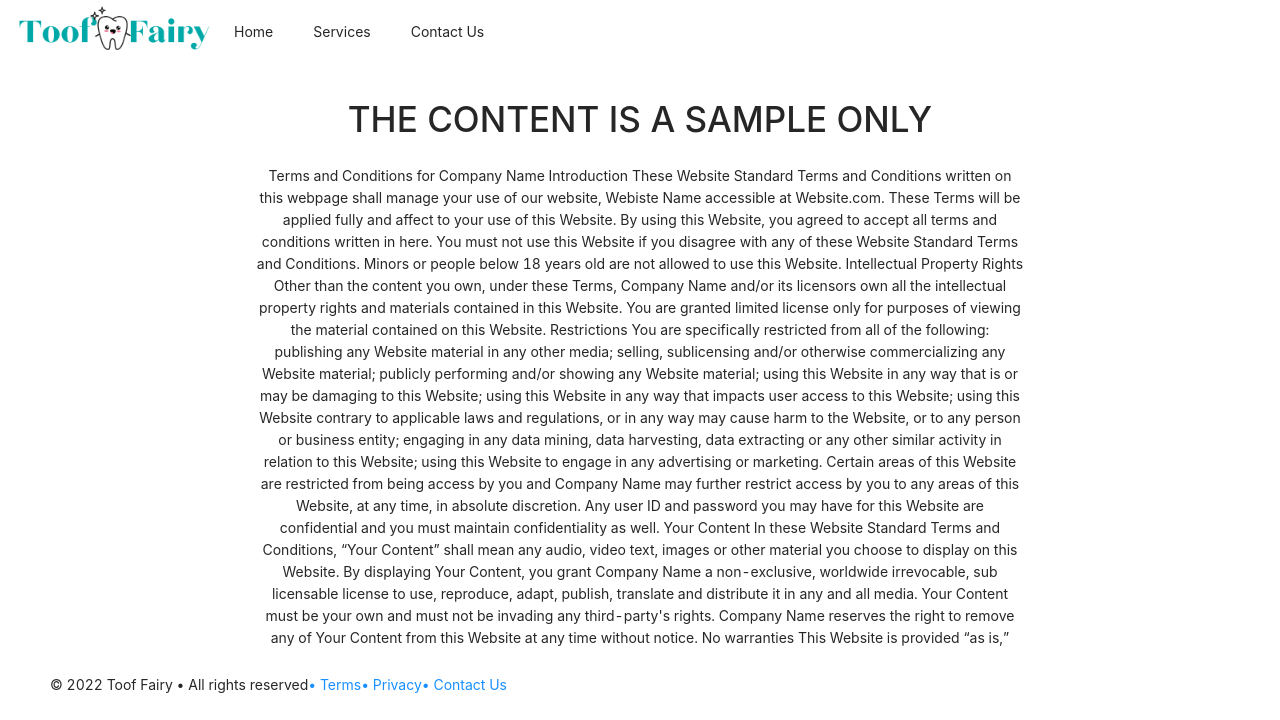
Repository: neldad1/dentist-app
Page: /terms
The author's editor kept a copy of each file at every save. The page is drawn from the files as they stood at one save, then again after the next save.
The browser window is 1280 px wide. The pictures show the whole page.
An inner scrolling area shows only its first screen. The project was rebuilt for these pictures with package versions that can differ from the ones it lists, and the page was loaded fresh each time. Also part of the build but not shown: src/components/Home.jsx, src/components/Contact.jsx, src/components/Services/ToofImg.jsx, src/components/Services/Cosmetic.jsx, src/components/Services/Restorative.jsx, src/components/Services/Preventative.jsx, src/components/Footer/Privacy.jsx.

Above is the page before, as saved 2022-03-10 14:17:18.

### public/index.html
<!DOCTYPE html>
<html lang="en">
  <head>
    <meta charset="utf-8" />
    <link rel="icon" href="%PUBLIC_URL%/favicon.svg" type="image/svg+xml">
    <meta name="viewport" content="width=device-width, initial-scale=1" />
    <meta name="theme-color" content="#000000" />
    <meta
      name="description"
      content="Web site created using create-react-app"
    />
    <link rel="apple-touch-icon" href="%PUBLIC_URL%/logo192.png" />
    <!--
      manifest.json provides metadata used when your web app is installed on a
      user's mobile device or desktop. See https://developers.google.com/web/fundamentals/web-app-manifest/
    -->
    <link rel="manifest" href="%PUBLIC_URL%/manifest.json" />
    <!--
      Notice the use of %PUBLIC_URL% in the tags above.
      It will be replaced with the URL of the `public` folder during the build.
      Only files inside the `public` folder can be referenced from the HTML.

      Unlike "/favicon.ico" or "favicon.ico", "%PUBLIC_URL%/favicon.ico" will
      work correctly both with client-side routing and a non-root public URL.
      Learn how to configure a non-root public URL by running `npm run build`.
    -->
    <title>React App</title>
  </head>
  <body>
    <noscript>You need to enable JavaScript to run this app.</noscript>
    <div id="root"></div>
    <!--
      This HTML file is a template.
      If you open it directly in the browser, you will see an empty page.

      You can add webfonts, meta tags, or analytics to this file.
      The build step will place the bundled scripts into the <body> tag.

      To begin the development, run `npm start` or `yarn start`.
      To create a production bundle, use `npm run build` or `yarn build`.
    -->
  </body>
</html>

### src/index.js
import React from 'react';
import ReactDOM from 'react-dom';
import './index.css';
import App from './App';
import reportWebVitals from './reportWebVitals';

ReactDOM.render(
  //<React.StrictMode>
  <App />,
  //</React.StrictMode>,
  document.getElementById('root')
);

// If you want to start measuring performance in your app, pass a function
// to log results (for example: reportWebVitals(console.log))
// or send to an analytics endpoint. Learn more: https://bit.ly/CRA-vitals
reportWebVitals();

### src/App.js
import { BrowserRouter } from 'react-router-dom';

import 'antd/dist/antd.min.css';
import './App.css';
import AppRoutes from './AppRoutes';
import { Layout } from 'antd';
import HeaderLogo from './components/Header/HeaderLogo';
import Navigation from './components/Header/Navigation';
import { Link } from 'react-router-dom';
const { Header, Footer, Content } = Layout;

function App() {
  return (
    <BrowserRouter>
      <Layout className="layout">
        <Header className="header">
          <HeaderLogo />
          <Navigation />
        </Header>
        <Content>
          <AppRoutes />
        </Content>
        <Footer className="footer">
          <span>© 2022 Toof Fairy • All rights reserved </span>
          <Link to="/terms">• Terms </Link>
          <Link to="/privacy">• Privacy </Link>
          <Link to="/contact">• Contact Us </Link>
        </Footer>
      </Layout>
    </BrowserRouter>
  );
}

export default App;

### src/App.css

h1 {
  font-size: 2.5em;
}

.layout {
  height: 100vh;
  width: 100vw;
  text-align: center;
  background: #fff;
}

.header {
  background: #fff;
  padding: 0 1em;
}

.menu {
  background: #fff;
  border: none;
  outline: none;
}

.logo {
  width: 200px;
  height: 50px;
  float: left;
  margin-top: 4px;
}

.footer {
  background: #fff;
  display: flex;
}

.intro-wrapper {
  text-align: center;
}

.home {
  width: 100%;
  height: 100%;
  margin: 2em 0;
  display: flex;
  justify-content: center;
  align-items: center;
  background-image: url('/public/tfBackground.jpg');
  background-size: cover;
  background-repeat: no-repeat;
}

.content-wrapper {
  width: 50%;
  font-family: 'Segoe UI', sans-serif;
  margin-left: 10em;
  color: whitesmoke;
  display: block;
}
.tagline1 {
  font-weight: bolder;
  font-size: 2em;
  margin: 0;
  line-height: 1;
}

.contact-form {
  text-align: left;
}

.main-content {
  height: 100%;
  width: 60%;
  overflow-y: scroll;
  display: block;
  margin: 2em auto;
}

.service-info {
  display: flex;
  text-align: left;
  margin-bottom: 1em;
  align-items: center;
}

.service-definition {
  margin-left: 1.5em;
}

@media screen and (max-width: 768px) {
  .main-content {
    width: 100%;
    margin: 0.5em;
  }
}

### src/AppRoutes.jsx
import { Route, Routes } from 'react-router-dom';
import Home from './components/Home';
import Contact from './components/Contact';
import Cosmetic from './components/Services/Cosmetic';
import Restorative from './components/Services/Restorative';
import Preventative from './components/Services/Preventative';
import Terms from './components/Footer/Terms';
import Privacy from './components/Footer/Privacy';

const AppRoutes = () => {
  return (
    <Routes>
      <Route exact path="/" element={<Home />} />
      <Route path="/cosmetic" element={<Cosmetic />} />
      <Route path="/restorative" element={<Restorative />} />
      <Route path="/preventative" element={<Preventative />} />
      <Route path="/contact" element={<Contact />} />
      <Route path="/terms" element={<Terms />} />
      <Route path="/privacy" element={<Privacy />} />
    </Routes>
  );
};

export default AppRoutes;

### src/components/Header/HeaderLogo.jsx
import { Link } from 'react-router-dom';

const HeaderLogo = () => {
  return (
    <Link to="/">
      <img className="logo" src={require('./tfLogo.png')} alt="TF" />
    </Link>
  );
};

export default HeaderLogo;

### src/components/Header/Navigation.jsx
import { Link } from 'react-router-dom';
import { Menu } from 'antd';
const { SubMenu } = Menu;

const Navigation = () => {
  return (
    <Menu mode="horizontal" className="menu">
      <Menu.Item key="home">
        <span>Home</span>
        <Link to="/" />
      </Menu.Item>
      <SubMenu key="subMenu" title="Services">
        <Menu.Item key="cosmetic">
          <span>Cosmetic</span>
          <Link to="/cosmetic" />
        </Menu.Item>
        <Menu.Item key="restore">
          <span>Restorative</span>
          <Link to="/restorative" />
        </Menu.Item>
        <Menu.Item key="prevent">
          <span>Preventative</span>
          <Link to="/preventative" />
        </Menu.Item>
      </SubMenu>
      <Menu.Item key="contact">
        <span>Contact Us</span>
        <Link to="/contact" />
      </Menu.Item>
    </Menu>
  );
};

export default Navigation;

### src/components/Footer/Terms.jsx
const Terms = () => {
  return (
    <div className="main-content">
      <h1>THE CONTENT IS A SAMPLE ONLY</h1>
      <span>
        Terms and Conditions for Company Name Introduction These Website
        Standard Terms and Conditions written on this webpage shall manage your
        use of our website, Webiste Name accessible at Website.com. These Terms
        will be applied fully and affect to your use of this Website. By using
        this Website, you agreed to accept all terms and conditions written in
        here. You must not use this Website if you disagree with any of these
        Website Standard Terms and Conditions. Minors or people below 18 years
        old are not allowed to use this Website. Intellectual Property Rights
        Other than the content you own, under these Terms, Company Name and/or
        its licensors own all the intellectual property rights and materials
        contained in this Website. You are granted limited license only for
        purposes of viewing the material contained on this Website. Restrictions
        You are specifically restricted from all of the following: publishing
        any Website material in any other media; selling, sublicensing and/or
        otherwise commercializing any Website material; publicly performing
        and/or showing any Website material; using this Website in any way that
        is or may be damaging to this Website; using this Website in any way
        that impacts user access to this Website; using this Website contrary to
        applicable laws and regulations, or in any way may cause harm to the
        Website, or to any person or business entity; engaging in any data
        mining, data harvesting, data extracting or any other similar activity
        in relation to this Website; using this Website to engage in any
        advertising or marketing. Certain areas of this Website are restricted
        from being access by you and Company Name may further restrict access by
        you to any areas of this Website, at any time, in absolute discretion.
        Any user ID and password you may have for this Website are confidential
        and you must maintain confidentiality as well. Your Content In these
        Website Standard Terms and Conditions, “Your Content” shall mean any
        audio, video text, images or other material you choose to display on
        this Website. By displaying Your Content, you grant Company Name a
        non-exclusive, worldwide irrevocable, sub licensable license to use,
        reproduce, adapt, publish, translate and distribute it in any and all
        media. Your Content must be your own and must not be invading any
        third-party's rights. Company Name reserves the right to remove any of
        Your Content from this Website at any time without notice. No warranties
        This Website is provided “as is,” with all faults, and Company Name
        express no representations or warranties, of any kind related to this
        Website or the materials contained on this Website. Also, nothing
        contained on this Website shall be interpreted as advising you.
        Limitation of liability In no event shall Company Name, nor any of its
        officers, directors and employees, shall be held liable for anything
        arising out of or in any way connected with your use of this Website
        whether such liability is under contract. Company Name, including its
        officers, directors and employees shall not be held liable for any
        indirect, consequential or special liability arising out of or in any
        way related to your use of this Website. Indemnification You hereby
        indemnify to the fullest extent Company Name from and against any and/or
        all liabilities, costs, demands, causes of action, damages and expenses
        arising in any way related to your breach of any of the provisions of
        these Terms. Severability If any provision of these Terms is found to be
        invalid under any applicable law, such provisions shall be deleted
        without affecting the remaining provisions herein. Variation of Terms
        Company Name is permitted to revise these Terms at any time as it sees
        fit, and by using this Website you are expected to review these Terms on
        a regular basis. Assignment The Company Name is allowed to assign,
        transfer, and subcontract its rights and/or obligations under these
        Terms without any notification. However, you are not allowed to assign,
        transfer, or subcontract any of your rights and/or obligations under
        these Terms. Entire Agreement These Terms constitute the entire
        agreement between Company Name and you in relation to your use of this
        Website, and supersede all prior agreements and understandings.
        Governing Law & Jurisdiction These Terms will be governed by and
        interpreted in accordance with the laws of the State of Country, and you
        submit to the non-exclusive jurisdiction of the state and federal courts
        located in Country for the resolution of any disputes.
      </span>
    </div>
  );
};

export default Terms;

Loaded but not shown: src/index.css (common file); src/reportWebVitals.js (common file)

After the next save:
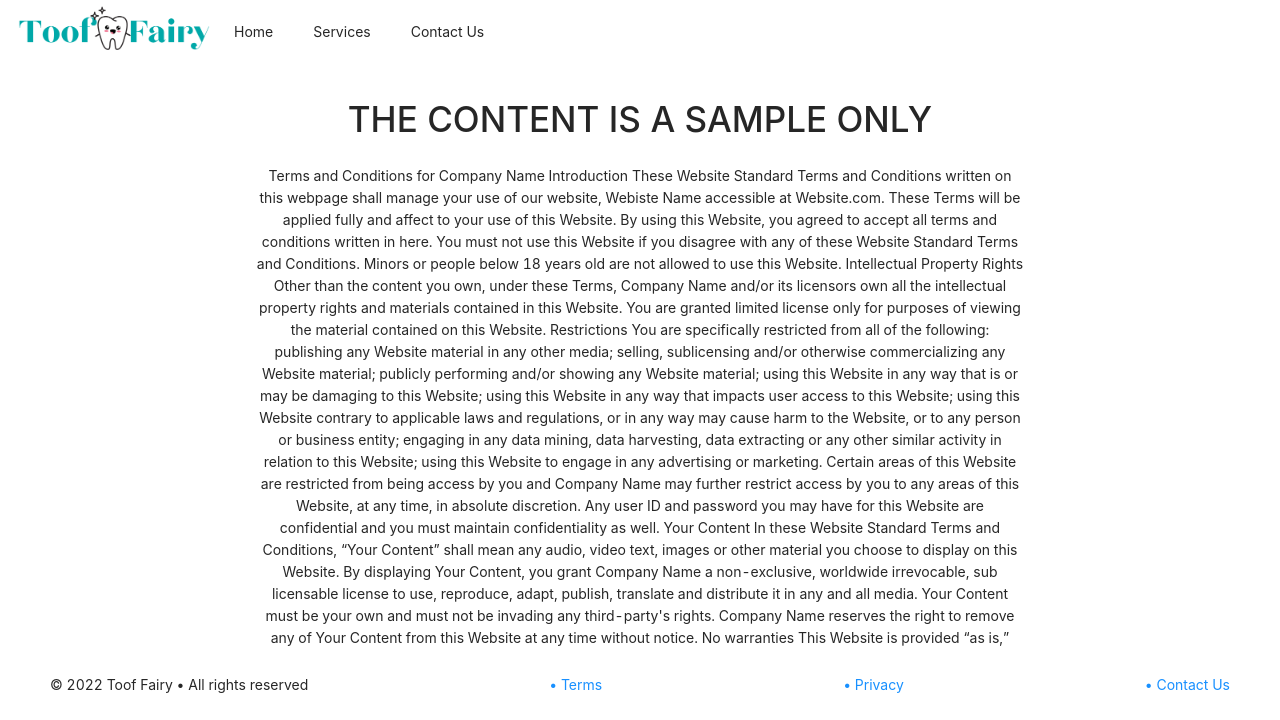
Saved 28 s later.
--- a/src/App.css
+++ b/src/App.css
@@ -31,6 +31,8 @@ h1 {
 .footer {
   background: #fff;
   display: flex;
+  justify-content: space-between;
+  align-items: center;
 }
 
 .intro-wrapper {
